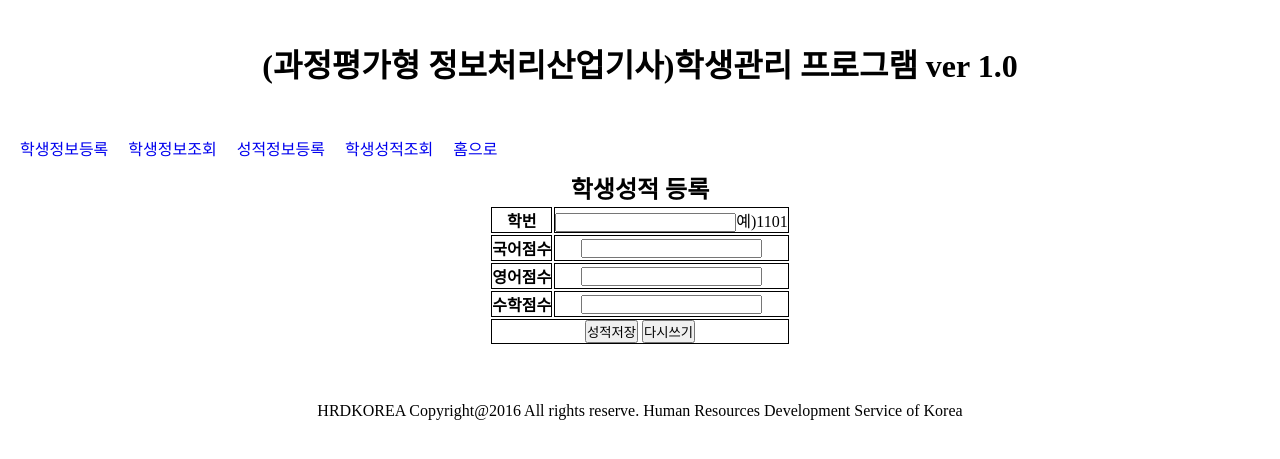
Repository: SeolhwaPark/JSL40_HRDKOREA
Page: http://localhost/HRD_0428_02/input.jsp
An editor plug-in stored every save of this project. The page is shown before and after the next save, followed by the edit.
The browser window is 1280 px wide. The pictures show the whole page.
The page is served by Tomcat 9.

Above is the page before, as saved 2020-04-29 03:26:04.

After the next save:
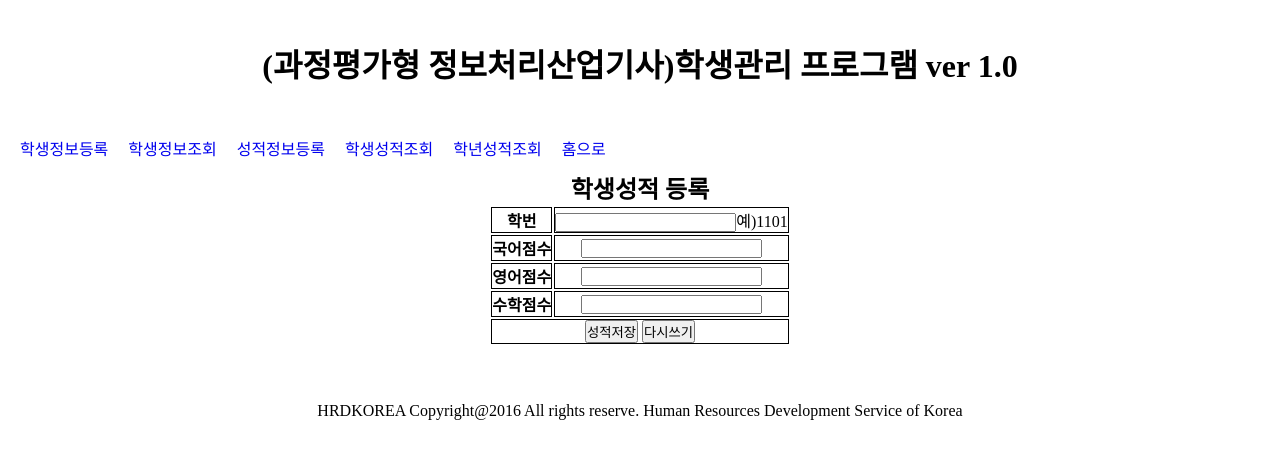
Saved 7 s later.
--- a/HRD_0428_02/WebContent/input.jsp
+++ b/HRD_0428_02/WebContent/input.jsp
@@ -63,11 +63,12 @@ function del() {
 	<header>
 		<h1 class="logo">(과정평가형 정보처리산업기사)학생관리 프로그램 ver 1.0</h1>
 		<nav class="navi">
-			<ul>
+		<ul>
 				<li><a href="insert.jsp">학생정보등록</a></li>
 				<li><a href="list.jsp">학생정보조회</a></li>
 				<li><a href="input.jsp">성적정보등록</a></li>
 				<li><a href="view.jsp">학생성적조회</a></li>
+				<li><a href="view2.jsp">학년성적조회</a></li>
 				<li><a href="index.jsp">홈으로</a></li>
 			</ul>
 		</nav>
